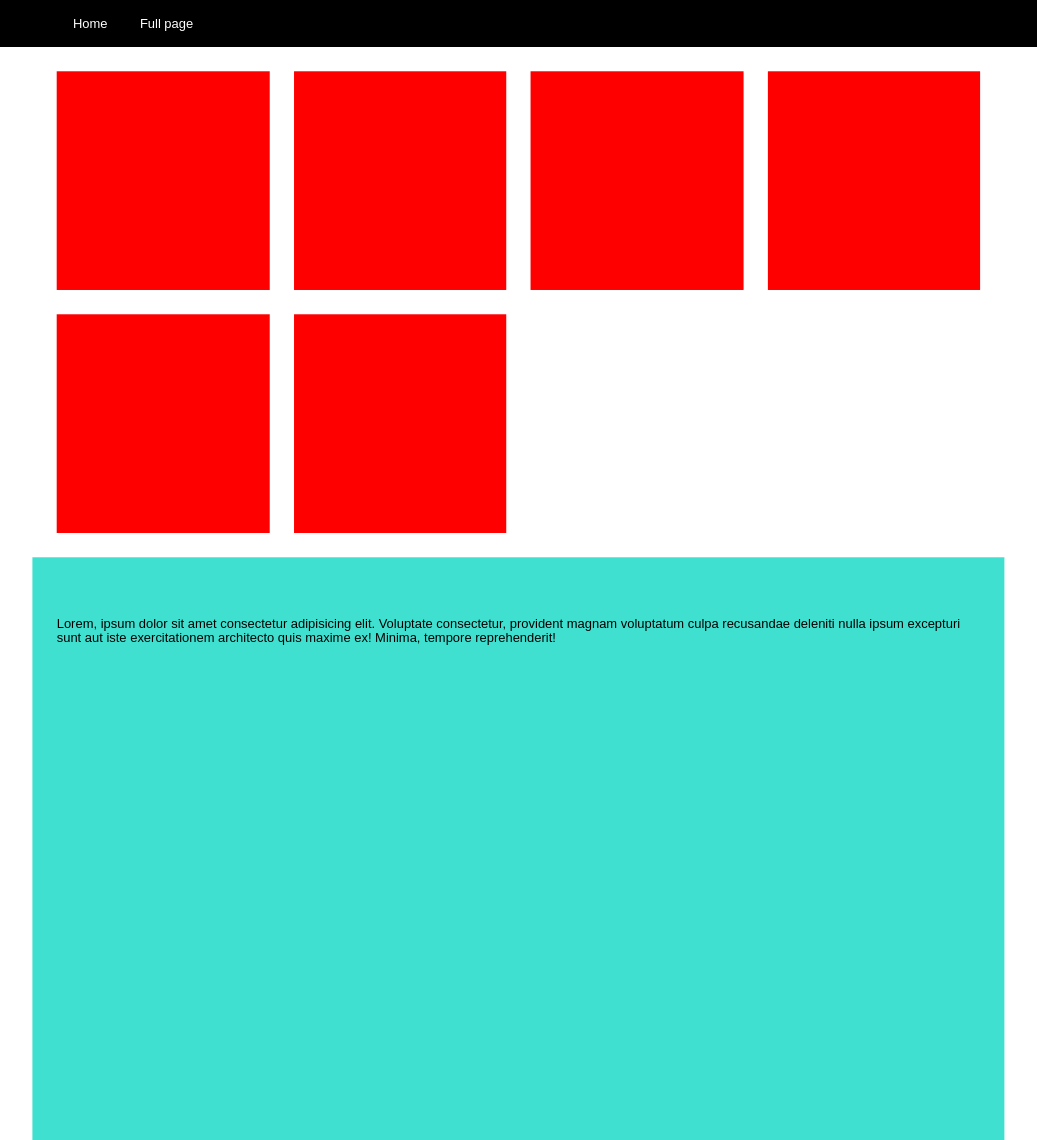
Repository: danilodscosta/CursoHTML
Page: aula1/aulascss.html
An editor plug-in stored every save of this project. The page is shown before and after the next save, followed by the edit.
The browser window is 1280 px wide. The pictures show the whole page, at 81% of full size.

Above is the page before, as saved 2024-01-17 17:53:06.

### aula1/aulascss.html
<!DOCTYPE html>
<html lang="pt-BR">

<head>
    <meta charset="utf-8">
    <meta name="viewport" content="width=device-width, inital-scale=1.0">
    <title>Aulas CSS</title>
    <link rel="stylesheet" href="assets/css/aulasstyle.css">
</head>



<body>
    <nav class="menu">
        <ul>
            <li><a href="#home">Home</a></li>
            <li><a href="#full-page">Full page</a></li>
        </ul>
    </nav>

    <div class="grid">
        <div class="col">
            <div class="col-content"></div>
        </div>
        <div class="col">
            <div class="col-content"></div>
        </div>
        <div class="col">
            <div class="col-content"></div>
        </div>
        <div class="col">
            <div class="col-content"></div>
        </div>
        <div class="col">
            <div class="col-content"></div>
        </div>
        <div class="col">
            <div class="col-content"></div>
        </div>
    </div>
    <section id="full-page" class="full-page">
        <p>Lorem, ipsum dolor sit amet consectetur adipisicing elit. Voluptate consectetur, provident magnam voluptatum culpa recusandae deleniti nulla ipsum excepturi sunt aut iste exercitationem architecto quis maxime ex! Minima, tempore reprehenderit!</p>
    </section>
</body>
</html>

### aula1/assets/css/aulasstyle.css
/*
ID Classes, atributos e pseudo-classes  Elementos e pseudo-elementos
*/

* {
    margin: 0;
    padding: 0;
    box-sizing: border-box;
}

body {
    font-family: sans-serif;
}

.grid {
    max-width: 1200px;
    padding: 15px;
    margin: 0 auto;
    padding-top: 73px;
}

.grid:after {
    content: '';
    display: block;
    clear: both;
}

.grid .col {
    height: 300px;
    float: left;
    padding: 15px;
}

.grid .col-content {
    width: 100%;
    height: 100%;
    background: red;
}

.menu {
    position: fixed;
    background: black;
    width: 100%;
}

.menu ul {
    list-style: none;
    display: block;
    width: 1200px;
    padding: 0 30px;
    margin: 0 auto;
}

.menu ul li {
    float: left;
}

.menu ul li a {
    display: block;
    color: #fff;
    padding: 20px;
    text-decoration: none;
    transition: all 300ms ease-in-out;
}

.menu ul li a:hover {
    background: #333;
}

.full-page {
    max-width: 1200px;
    padding: 0 30px;
    margin: 0 auto;
    padding-top: 73px;
    height: 100vh;
    background: turquoise;
}

@media all and (max-width: 568px) {
    .grid .col {
        width: 100%;
    }
}

@media all and (min-width: 569px) and (max-width: 768px) {
    .grid .col {
        width: 50%;
    }
}

@media all and (min-width: 769px) and (max-width: 1200px) {
    .grid .col {
        width: 33.33%;
    }
}

@media all and (min-width: 1201px) and (max-width: 2400px) {
    .grid .col {
        width: 25%;
    }
}

After the next save:
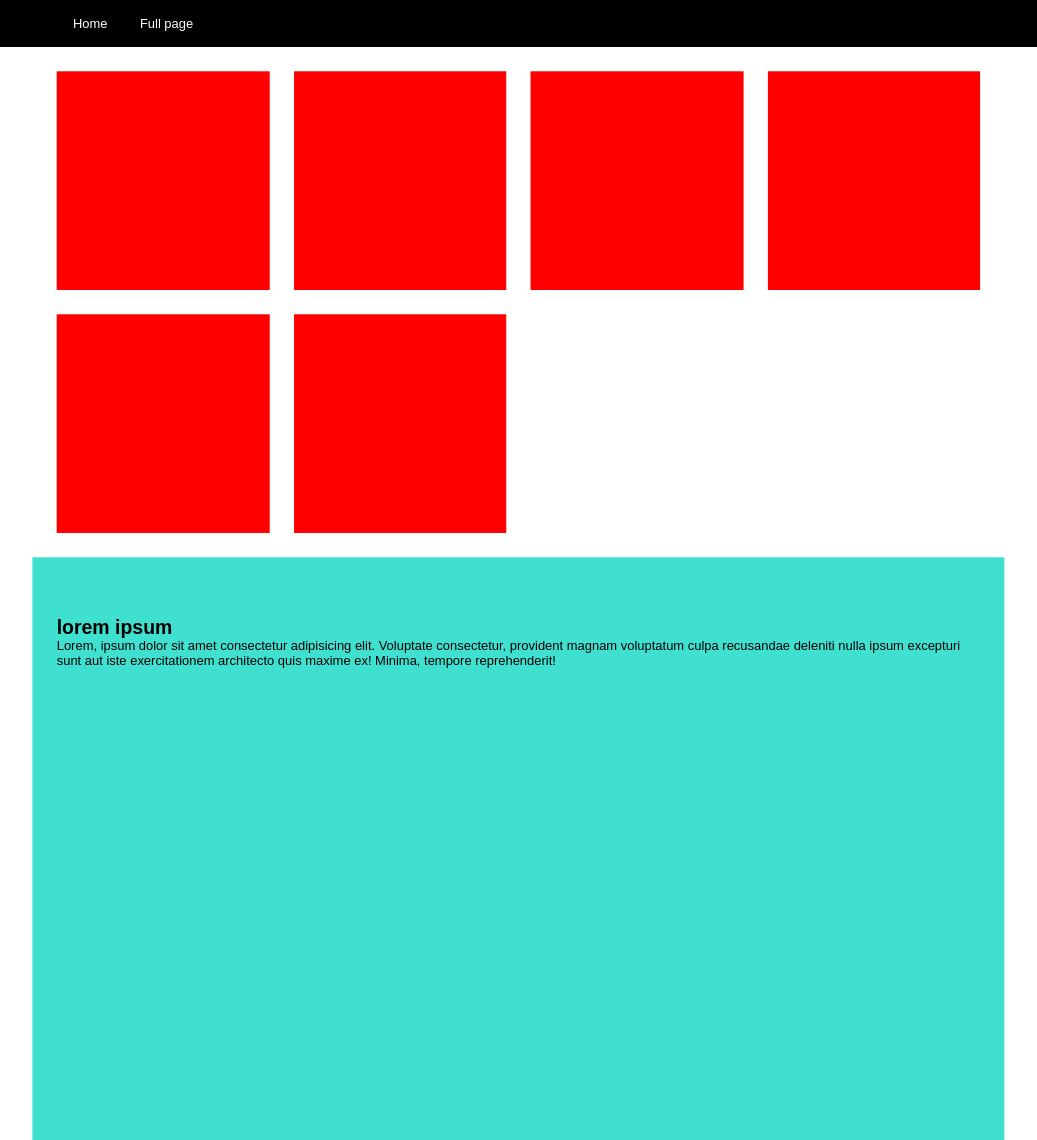
Saved 96 s later.
--- a/aula1/aulascss.html
+++ b/aula1/aulascss.html
@@ -39,7 +39,10 @@
         </div>
     </div>
     <section id="full-page" class="full-page">
+        <div class="full-page-content">
+        <h1>lorem ipsum</h1>
         <p>Lorem, ipsum dolor sit amet consectetur adipisicing elit. Voluptate consectetur, provident magnam voluptatum culpa recusandae deleniti nulla ipsum excepturi sunt aut iste exercitationem architecto quis maxime ex! Minima, tempore reprehenderit!</p>
+    </div>
     </section>
 </body>
 </html>
